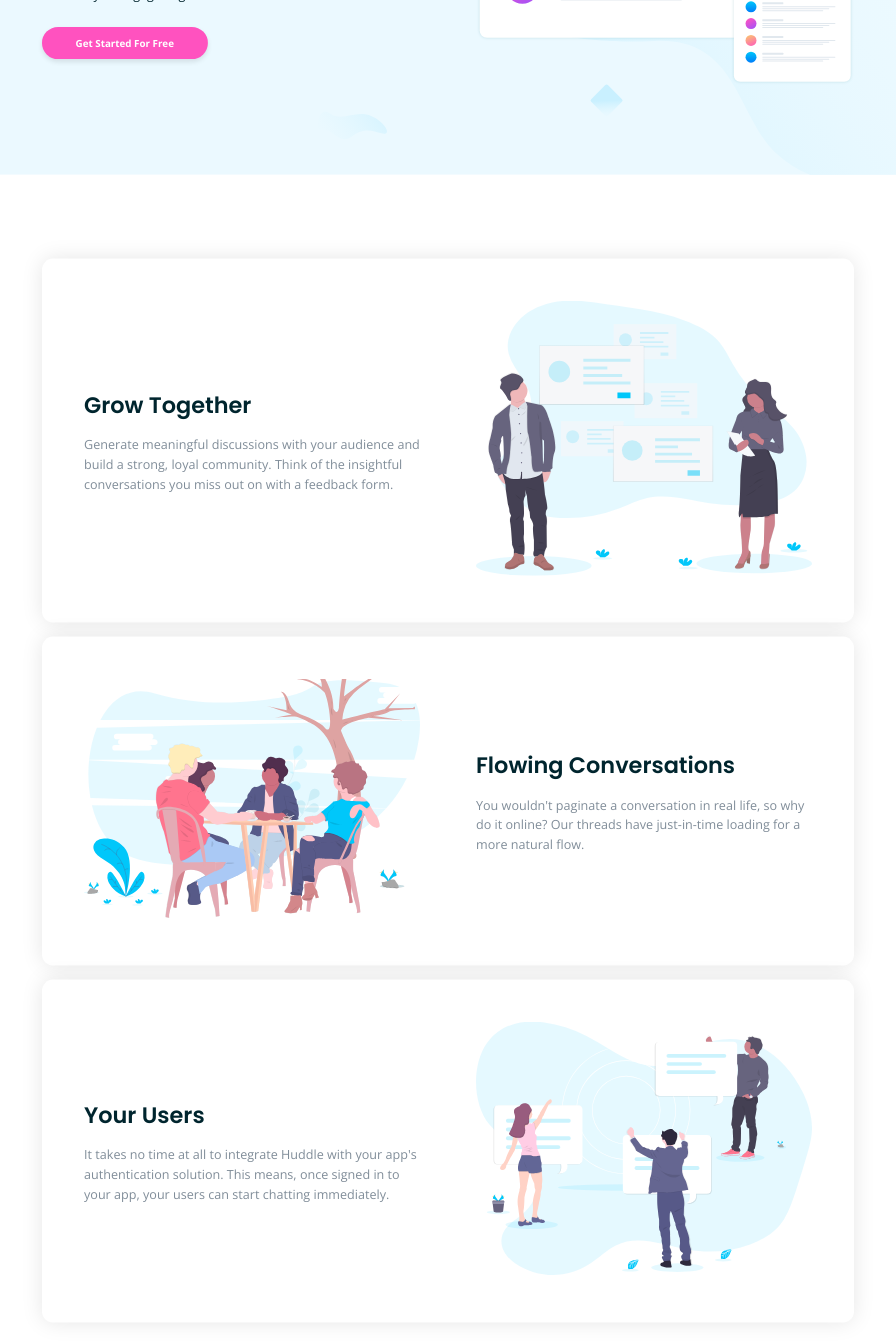
Repository: blordeus/huddle-landing-page
Page: index.html
The author's editor kept a copy of each file at every save. The page is drawn from the files as they stood at one save, then again after a run of saves.
The browser window is 1280 px wide. The pictures show the part of the page from y = 438 to 2358 px (the page is 3305 px tall before and 3338 px after), at 70% of full size.

Above is the page before, as saved 2025-07-01 11:26:51.

### index.html
<!DOCTYPE html>
<html lang="en">
<head>
  <meta charset="UTF-8">
  <meta name="viewport" content="width=device-width, initial-scale=1.0">
  <link rel="icon" type="image/png" sizes="32x32" href="./images/favicon-32x32.png">
  <title>Frontend Mentor | Huddle landing page with alternating feature blocks</title>

  <!-- Google Fonts -->
  <link rel="preconnect" href="https://fonts.googleapis.com">
  <link rel="preconnect" href="https://fonts.gstatic.com" crossorigin>
  <link href="https://fonts.googleapis.com/css2?family=Poppins:wght@600&family=Open+Sans:wght@400;700&display=swap" rel="stylesheet">
  <link rel="stylesheet" type="text/css" href="styles.css" />

  <!-- Font Awesome for social icons -->
  <link rel="stylesheet" href="https://cdnjs.cloudflare.com/ajax/libs/font-awesome/6.0.0/css/all.min.css">
</head>

<body>
  <div class="bg-wrapper">
  <!-- Header -->
  <header class="header">
    <div class="container">
      <div class="header-content">
        <img src="./images/logo.svg" alt="Logo">
        <a href="#" class="btn btn-outline">Try It Free</a>
      </div>
    </div>
  </header>

  <!-- Hero Section -->
  <section class="hero">
    <div class="container">
      <div class="hero-content">
        <div class="hero-text">
          <h1>Build The Community Your Fans Will Love</h1>
          <p>Huddle re-imagines the way we build communities. You have a voice, but so does your audience. Create connections with your users as you engage in genuine discussion.</p>
          <a href="#" class="btn">Get Started For Free</a>
        </div>
        <div class="hero-image">
          <img src="./images/illustration-mockups.svg" alt="Desktop and mobile chat interface showing community conversations">
        </div>
      </div>
    </div>
  </section>
  </div>

  <!-- Features Section -->
  <section class="features">
    <div class="container">
      <div class="feature">
        <div class="feature-content">
          <h2>Grow Together</h2>
          <p>Generate meaningful discussions with your audience and build a strong, loyal community. Think of the insightful conversations you miss out on with a feedback form.</p>
        </div>
        <div class="feature-image">
          <img src="./images/illustration-grow-together.svg" alt="Illustration of people having meaningful conversations and building community">
        </div>
      </div>

      <div class="feature">
        <div class="feature-content">
          <h2>Flowing Conversations</h2>
          <p>You wouldn't paginate a conversation in real life, so why do it online? Our threads have just-in-time loading for a more natural flow.</p>
        </div>
        <div class="feature-image">
          <img src="./images/illustration-flowing-conversation.svg" alt="Illustration of natural flowing conversation interface with seamless chat threads">
        </div>
      </div>

      <div class="feature">
        <div class="feature-content">
          <h2>Your Users</h2>
          <p>It takes no time at all to integrate Huddle with your app's authentication solution. This means, once signed in to your app, your users can start chatting immediately.</p>
        </div>
        <div class="feature-image">
          <img src="./images/illustration-your-users.svg" alt="Illustration showing easy user authentication and immediate chat access">
        </div>
      </div>
    </div>
  </section>

  <!-- Call to Action -->
  <section class="cta">
    <div class="container">
      <h2>Ready To Build Your Community?</h2>
      <a href="#" class="btn">Get Started For Free</a>
    </div>
  </section>

  <!-- Footer -->
  <footer class="footer">
    <div class="container">
      <a href="#" class="footer-logo">
            <img src="./images/logo.svg" alt="">
          </a>
      <div class="footer-content">
        <div class="footer-info">
          <div class="contact-info">
            <div class="contact-item">
              <img src="./images/icon-location.svg" alt="">
              <p>Lorem ipsum dolor sit amet, consectetur adipiscing elit, sed do eiusmod tempor incididunt ut labore et dolore magna aliqua</p>
            </div>
            <div class="contact-item">
              <img src="./images/icon-phone.svg" alt="">
              <p>+1-543-123-4567</p>
            </div>
            <div class="contact-item">
              <img src="./images/icon-email.svg" alt="">
              <p>example@huddle.com</p>
            </div>
          </div>
        </div>

        <div class="footer-links">
          <a href="#">About Us</a>
          <a href="#">What We Do</a>
          <a href="#">FAQ</a>
        </div>

        <div class="footer-links">
          <a href="#">Career</a>
          <a href="#">Blog</a>
          <a href="#">Contact Us</a>
        </div>

        <div class="social-icons">
          <a href="#" class="social-icon" aria-label="Facebook">
            <i class="fab fa-facebook-f"></i>
          </a>
          <a href="#" class="social-icon" aria-label="Twitter">
            <i class="fab fa-twitter"></i>
          </a>
          <a href="#" class="social-icon" aria-label="Instagram">
            <i class="fab fa-instagram"></i>
          </a>
        </div>
      </div>

      <div class="copyright">
        <p>&copy; Copyright 2018 Huddle. All rights reserved.</p>
      </div>
    </div>

    <p class="attribution">
      Challenge by <a href="https://www.frontendmentor.io?ref=challenge" target="_blank">Frontend Mentor</a>.
      Coded by <a href="#">Your Name Here</a>.
    </p>
  </footer>
</body>
</html>

### styles.css
    * {
      margin: 0;
      padding: 0;
      box-sizing: border-box;
    }

    body {
      font-family: 'Open Sans', sans-serif;
      font-size: 18px;
      line-height: 1.6;
      color: hsl(192, 100%, 9%);
    }

    .container {
      max-width: 1200px;
      margin: 0 auto;
      padding: 0 20px;
    }

    /* Header */
    .header {
      background: hsl(193, 100%, 96%);
      padding: 24px 0;
    }

    .header-content {
      display: flex;
      justify-content: space-between;
      align-items: center;
    }

    .header-content img {
      height: 40px;
    }

    .btn {
      background: hsl(322, 100%, 66%);
      color: white;
      border: none;
      padding: 12px 48px;
      border-radius: 24px;
      font-family: 'Open Sans', sans-serif;
      font-weight: 700;
      font-size: 14px;
      cursor: pointer;
      text-decoration: none;
      display: inline-block;
      transition: opacity 0.3s ease;
      box-shadow: 0 4px 8px rgba(0, 0, 0, 0.1);
    }

    .btn:hover {
      opacity: 0.8;
    }

    .btn-outline {
      background: white;
      box-shadow: 0 4px 8px rgba(0, 0, 0, 0.1);
      color: #00252E;
    }

    .btn-outline:hover {
      color: #808E9A;
    }

    /* Hero Section */
    .hero {
      background: hsl(199, 100%, 96%);
      background-image: url('./images/bg-hero-desktop.svg');
      background-size: cover;
      background-position: center;
      padding: 80px 0 120px;
    }

    .hero-content {
      display: grid;
      grid-template-columns: 1fr 1fr;
      gap: 80px;
      align-items: center;
    }

    .hero-text h1 {
      font-family: 'Poppins', sans-serif;
      font-weight: 600;
      font-size: 48px;
      line-height: 1.2;
      margin-bottom: 24px;
      color: hsl(192, 100%, 9%);
    }

    .hero-text p {
      font-size: 18px;
      color: hsl(192, 100%, 9%);
      margin-bottom: 32px;
      line-height: 1.6;
    }

    .hero-image {
      text-align: center;
    }

    .hero-image img {
      max-width: 100%;
      height: auto;
    }

    /* Features Section */
    .features {
      padding: 120px 0;
    }

    .feature {
      display: grid;
      grid-template-columns: 1fr 1fr;
      gap: 80px;
      align-items: center;
      margin-bottom: 20px;
      background: white;
      padding: 60px;
      border-radius: 16px;
      box-shadow: 0 0 30px rgba(0, 0, 0, 0.1);
    }

    .feature:nth-child(even) .feature-content {
      order: 2;
    }

    .feature:nth-child(even) .feature-image {
      order: 1;
    }

    .feature h2 {
      font-family: 'Poppins', sans-serif;
      font-weight: 600;
      font-size: 32px;
      margin-bottom: 16px;
      color: hsl(192, 100%, 9%);
    }

    .feature p {
      color: hsl(208, 11%, 55%);
      line-height: 1.6;
    }

    .feature-image {
      text-align: center;
    }

    .feature-image img {
      max-width: 100%;
      height: auto;
    }

    /* Call to Action */
    .cta {
      text-align: center;
      padding: 80px 0;
      background: white;
      width: 50%;
      margin: 0 auto;
      box-sizing: border-box;
      border-radius: 16px;
      box-shadow: 0 0 30px rgba(0, 0, 0, 0.1);
      position: relative;
      z-index: 2;
      transform: translateY(20%);
    }

    .cta a {
      background: hsl(322, 100%, 66%);
      color: white;
      padding: 16px 64px;
      border-radius: 24px;
      font-family: 'Open Sans', sans-serif;
      font-weight: 700;
      font-size: 14px;
      cursor: pointer;
      text-decoration: none;
      display: inline-block;
      transition: opacity 0.3s ease;
      box-shadow: 0 4px 8px rgba(0, 0, 0, 0.1);

    }

    .cta h2 {
      font-family: 'Poppins', sans-serif;
      font-weight: 600;
      font-size: 32px;
      margin-bottom: 32px;
      color: hsl(192, 100%, 9%);
    }

    /* Footer */
    .footer {
      background: hsl(192, 100%, 9%);
      color: white;
      padding: 120px 0 40px;
    }

    .footer-content {
      display: grid;
      grid-template-columns: 2fr 1fr 1fr 1fr;
      gap: 60px;
      margin-bottom: 40px;
    }

    .footer-logo {
      display: flex;
      align-items: center;
      gap: 8px;
      font-family: 'Poppins', sans-serif;
      font-weight: 600;
      font-size: 24px;
      color: white;
      text-decoration: none;
      margin-bottom: 24px;
    }

    .footer-logo .logo-icon {
      background: white;
      color: hsl(322, 100%, 66%);
    }

    .contact-info {
      display: flex;
      flex-direction: column;
      gap: 16px;
    }

    .contact-item {
      display: flex;
      align-items: flex-start;
      gap: 16px;
    }

    .contact-item i {
      margin-top: 4px;
      width: 16px;
    }

    .footer-links {
      display: flex;
      flex-direction: column;
      gap: 12px;
    }

    .footer-links a {
      color: white;
      text-decoration: none;
      transition: color 0.3s ease;
    }

    .footer-links a:hover {
      color: hsl(322, 100%, 66%);
    }

    .social-icons {
      display: flex;
      gap: 16px;
      justify-content: center;
    }

    .social-icon {
      width: 40px;
      height: 40px;
      border: 1px solid white;
      border-radius: 50%;
      display: flex;
      align-items: center;
      justify-content: center;
      color: white;
      text-decoration: none;
      transition: all 0.3s ease;
    }

    .social-icon:hover {
      color: hsl(322, 100%, 66%);
      border-color: hsl(322, 100%, 66%);
    }

    .copyright {
      text-align: center;
      font-size: 14px;
      color: hsl(208, 11%, 55%);
      padding-top: 40px;
      border-top: 1px solid hsl(208, 11%, 55%);
    }

    .attribution {
      font-size: 11px;
      text-align: center;
      margin-top: 20px;
    }

    .attribution a {
      color: hsl(228, 45%, 44%);
    }

    /* Responsive Design */
    @media (max-width: 768px) {
      .container {
        padding: 0 16px;
      }

      .hero {
        background-image: url('./images/bg-hero.svg');
      }

      .header-content {
        flex-direction: column;
        gap: 20px;
      }

      .hero-content {
        grid-template-columns: 1fr;
        gap: 40px;
        text-align: center;
      }

      .hero-text h1 {
        font-size: 32px;
      }

      .feature {
        grid-template-columns: 1fr;
        gap: 40px;
        padding: 40px 20px;
        text-align: center;
      }

      .feature:nth-child(even) .feature-content,
      .feature:nth-child(even) .feature-image {
        order: unset;
      }

      .footer-content {
        grid-template-columns: 1fr;
        gap: 40px;
        text-align: center;
      }

      .social-icons {
        justify-content: center;
      }

      .cta {
        margin: 0 16px;
        padding: 40px 20px;
      }

      .cta h2 {
        font-size: 24px;
      }
    }

After the next 2 saves:
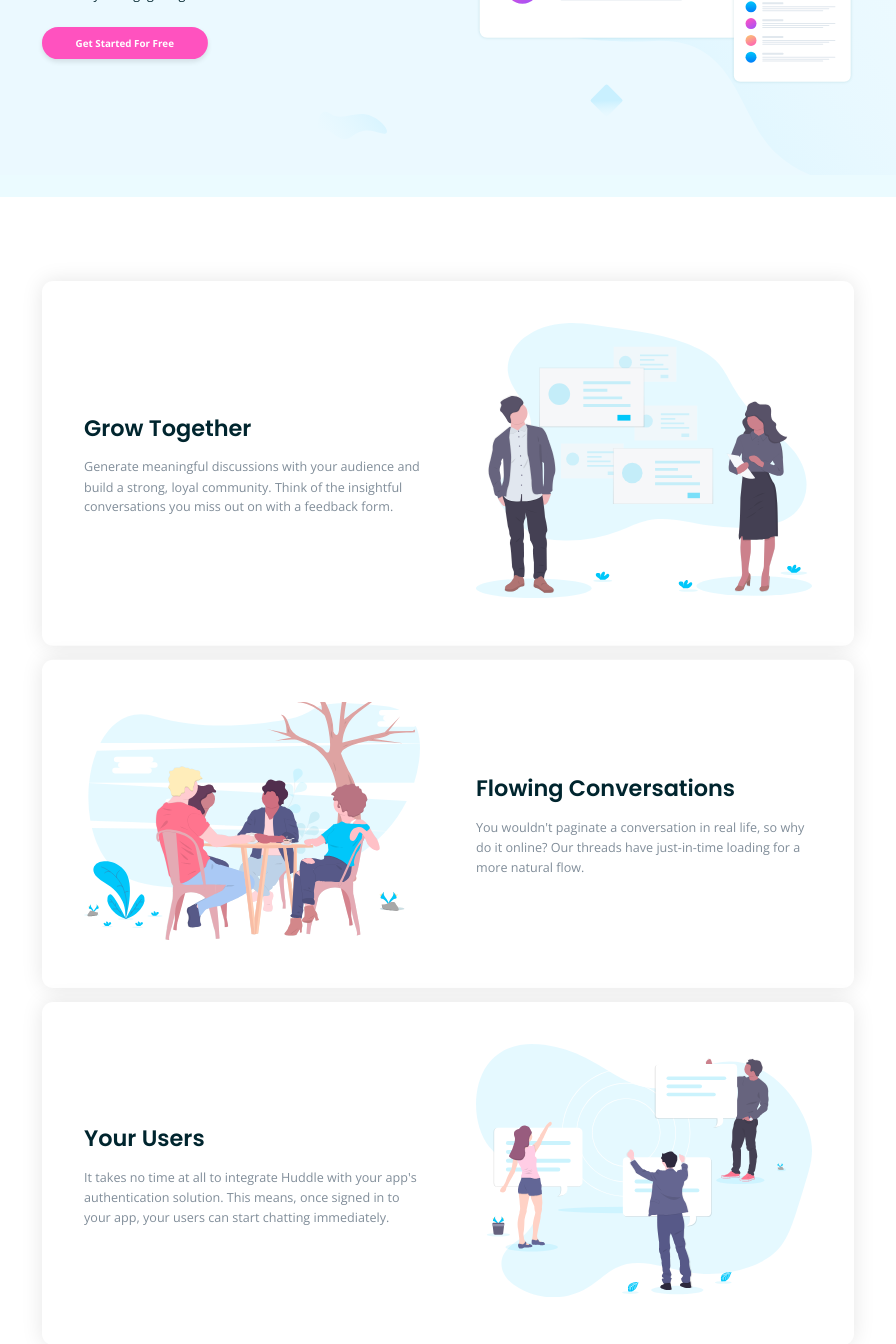
The 2 saves are shown as one change because they came seconds apart.
The last was saved 15 s later.
--- a/styles.css
+++ b/styles.css
@@ -15,6 +15,12 @@
       max-width: 1200px;
       margin: 0 auto;
       padding: 0 20px;
+    }
+
+    .bg-wrapper {
+      background: hsl(193, 100%, 96%);
+      min-height: 100vh;
+      position: relative;
     }
 
     /* Header */
